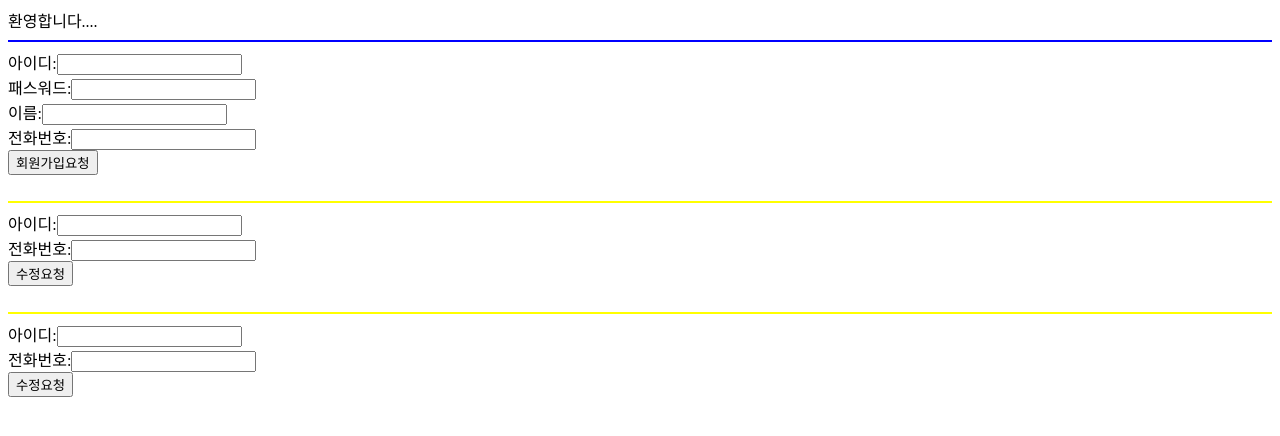
Repository: Yusubin/workEx
Page: spring00/src/main/webapp/index.html
An editor plug-in stored every save of this project. The page is shown before and after the next save, followed by the edit.
The browser window is 1280 px wide. The pictures show the whole page.

Above is the page before, as saved 2022-02-14 08:17:24.

After the next save:
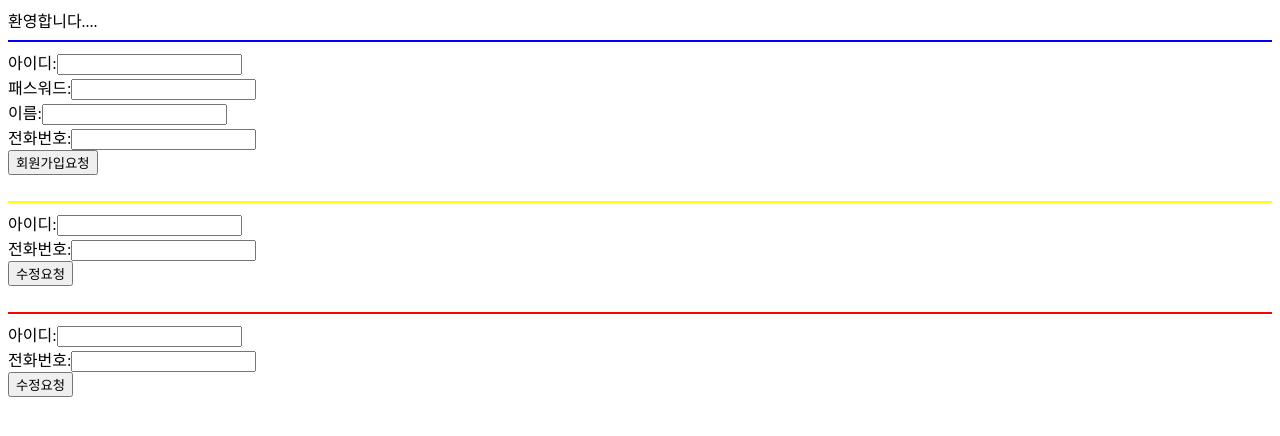
Saved 4 s later.
--- a/spring00/src/main/webapp/index.html
+++ b/spring00/src/main/webapp/index.html
@@ -24,7 +24,7 @@
 	</form>
 
 	<br>
-	<hr color="yellow">
+	<hr color="red">
 	<form action="update.jsp">
 	아이디:<input type="text" name="id"><br>
 	전화번호:<input type="text" name="tel"><br>
